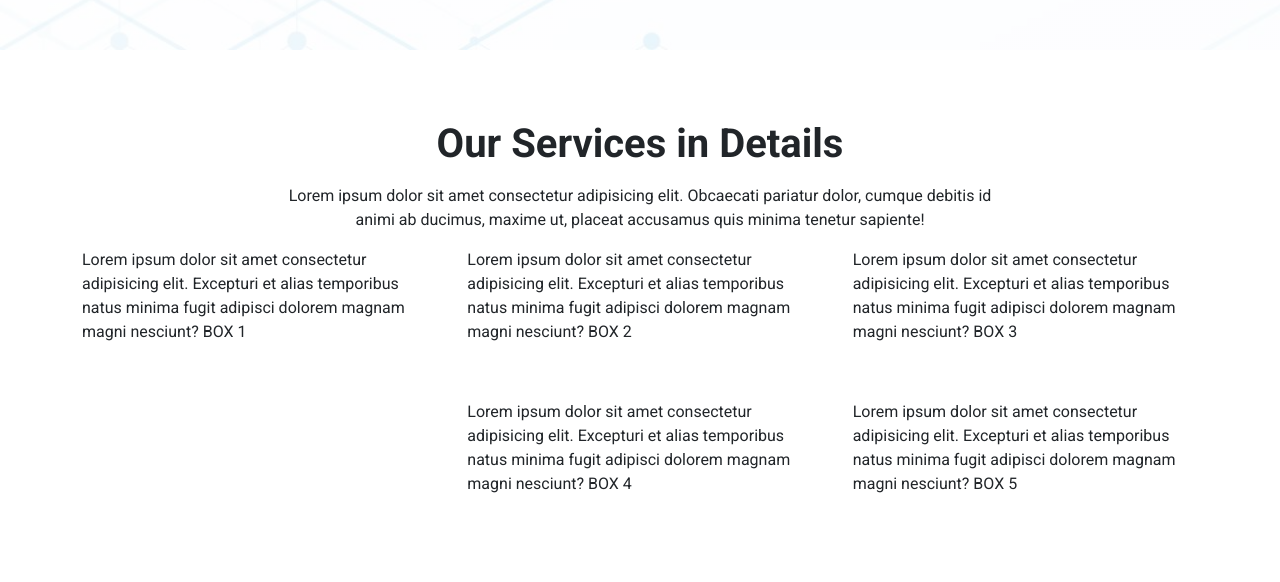
Repository: nazmulalok/landing-page-angelio
Page: index.html
These files come from the project's save history. The page is drawn as it stood at one moment and after the next save; the edit follows.
The browser window is 1280 px wide. The pictures show the part of the page from y = 2012 to 2774 px (the page is 2594 px tall before and 2774 px after).
A picture or video elsewhere on the page could not be fetched, so the positions and the page height are approximate.

Above is the page before, as saved 2022-09-18 13:05:56.

### index.html
<!DOCTYPE html>
<html lang="en">

    <head>
        <meta charset="UTF-8">
        <meta http-equiv="X-UA-Compatible" content="IE=edge">
        <meta name="viewport" content="width=device-width, initial-scale=1.0">
        <title>Landing Page</title>
        <link rel="preconnect" href="https://fonts.googleapis.com">
        <link rel="preconnect" href="https://fonts.gstatic.com" crossorigin>
        <link rel="stylesheet" href="https://cdnjs.cloudflare.com/ajax/libs/font-awesome/6.2.0/css/all.min.css"
            integrity="sha512-xh6O/CkQoPOWDdYTDqeRdPCVd1SpvCA9XXcUnZS2FmJNp1coAFzvtCN9BmamE+4aHK8yyUHUSCcJHgXloTyT2A=="
            crossorigin="anonymous" referrerpolicy="no-referrer" />
        <link
            href="https://fonts.googleapis.com/css2?family=Roboto:ital,wght@0,300;0,400;0,500;0,700;0,900;1,300;1,400;1,500;1,700;1,900&display=swap"
            rel="stylesheet">
        <link href="https://cdn.jsdelivr.net/npm/bootstrap@5.2.0/dist/css/bootstrap.min.css" rel="stylesheet"
            integrity="sha384-gH2yIJqKdNHPEq0n4Mqa/HGKIhSkIHeL5AyhkYV8i59U5AR6csBvApHHNl/vI1Bx" crossorigin="anonymous">
        <link rel="stylesheet" href="style.css">
    </head>

    <body>
        <header>
            <nav>
                <div class="container">
                    <div class="row align-items-center">
                        <div class="col-lg-3">
                            <div class="logo">
                                <a href="/"><img src="images/angelio-logo.png" alt="Angelio Logo" width="250"
                                        height="66"></a>
                            </div>
                        </div>
                        <div class="col-lg-9 d-flex justify-content-end">
                            <ul>
                                <li><a href="/">Home</a></li>
                                <li><a href="/services.html">Services</a></li>
                                <li><a href="/about-us.html">About Us</a></li>
                                <li><a href="/contact.html">Contact</a></li>
                                <li class="nav-cta"><a href="tel:000-000-0000">Call Us</a></li>
                            </ul>
                        </div>
                    </div>
                </div>
            </nav>
        </header>
        <section class="sec-padding banner-sec">
            <div class="container">
                <div class="row align-items-center">
                    <div class="col-lg-7 order-lg-last">
                        <img src="images/angelio-digital-marketing.png" alt="">
                    </div>
                    <div class="col-lg-5">
                        <div class="large-heading">We Work in <span class="color-text">Digital</span> Way</div>
                        <p>Lorem, ipsum dolor sit amet consectetur adipisicing elit. Necessitatibus fuga alias deleniti
                            veniam at aspernatur.</p>
                        <div class="d-flex align-items-center mt-5"><a href="/contact-us" class="main-btn me-5">Get
                                Estimate</a>
                            <a href="/contact-us" class="play-btn"><i class="fas fa-play me-3"></i>Request Demo</a>
                        </div>
                    </div>
                </div>
            </div>
        </section>
        <section class="sec-padding">
            <div class="container">
                <div class="row justify-content-center">
                    <div class="col-md-8">
                        <div class="text-center">
                            <h1>
                                Our Best Digital Marketing Service
                            </h1>
                            <p>Lorem ipsum, dolor sit amet consectetur adipisicing elit. Placeat sunt
                                libero
                                tempore? Sed obcaecati a voluptate voluptates nam. Expedita, incidunt?</p>
                        </div>
                    </div>
                </div>
                <div class="row align-items-center mt-5">
                    <div class="col-lg-3">
                        <div class="service-box">
                            <div class="service-icon">
                                <img src="images/content-marketing.png" alt="Content Marketing">
                            </div>
                            <div class="service-content">
                                <a href="#">Content Marketing</a>
                                <p>Lorem ipsum dolor sit amet consectetur adipisicing elit. Fugiat, earum!</p>
                            </div>
                        </div>
                    </div>
                    <div class="col-lg-3">
                        <div class="service-box">
                            <div class="service-icon">
                                <img src="images/social-marketing.png" alt="Social Marketing">
                            </div>
                            <div class="service-content">
                                <a href="#">Social Marketing</a>
                                <p>Lorem ipsum dolor sit amet consectetur adipisicing elit. Fugiat, earum!</p>
                            </div>
                        </div>
                    </div>
                    <div class="col-lg-3">
                        <div class="service-box">
                            <div class="service-icon">
                                <img src="images/email-marketing.png" alt="Email Marketing">
                            </div>
                            <div class="service-content">
                                <a href="#">Email Marketing</a>
                                <p>Lorem ipsum dolor sit amet consectetur adipisicing elit. Fugiat, earum!</p>
                            </div>
                        </div>
                    </div>
                    <div class="col-lg-3">
                        <div class="service-box">
                            <div class="service-icon">
                                <img src="images/web-marketing.png" alt="Web Marketing">
                            </div>
                            <div class="service-content">
                                <a href="#">Web Marketing</a>
                                <p>Lorem ipsum dolor sit amet consectetur adipisicing elit. Fugiat, earum!</p>
                            </div>
                        </div>
                    </div>
                </div>
            </div>
        </section>
        <section class="sec-padding why-choose-sec">
            <div class="container">
                <div class="row align-items-center">
                    <div class="col-lg-6">
                        <div class="image-holder">
                            <img src="images/why-choose.jpg" alt="Why Choose Angelio">
                        </div>
                    </div>
                    <div class="col-lg-6">
                        <span class="arrow-text">Why Choose Us</span>
                        <h2>Why Working With <span class="color-text">ANGELIO</span>?</h2>
                        <p class="grey-color">Lorem ipsum dolor sit amet consectetur adipisicing elit. Quisquam
                            perspiciatis cupiditate atque ad labore laudantium ab hic, quaerat voluptas repellendus
                            aliquam. Maxime et recusandae nostrum cum labore, sint obcaecati doloremque.</p>
                        <div class="content-box d-flex align-items-center p-2 mb-3">
                            <img src="images/quality-lead.png" alt="Quality Lead">
                            <div class="ms-4">
                                <div class="content-heading">Quality Lead Generation</div>
                                <p class="grey-color mb-0">Lorem ipsum dolor sit amet consectetur adipisicing elit. Vel,
                                    distinctio
                                    delectus.
                                    Dicta distinctio obcaecati voluptatum.</p>
                            </div>
                        </div>
                        <div class="content-box d-flex align-items-center p-2 mb-3">
                            <img src="images/custom-web-design.png" alt="Custom Web Design">
                            <div class="ms-4">
                                <div class="content-heading">Custom Web Design</div>
                                <p class="grey-color mb-0">Lorem ipsum dolor sit amet consectetur adipisicing elit. Vel,
                                    distinctio
                                    delectus.
                                    Dicta distinctio obcaecati voluptatum.</p>
                            </div>
                        </div>
                        <div class="content-box d-flex align-items-center p-2 mb-3">
                            <img src="images/affordable-project-price.png" alt="Affordable Project Price">
                            <div class="ms-4">
                                <div class="content-heading">Affordable Project Price</div>
                                <p class="grey-color mb-0">Lorem ipsum dolor sit amet consectetur adipisicing elit. Vel,
                                    distinctio
                                    delectus.
                                    Dicta distinctio obcaecati voluptatum.</p>
                            </div>
                        </div>
                    </div>
                </div>
            </div>
        </section>
        <section class="sec-padding">
            <div class="container">
                <div class="row justify-content-center">
                    <div class="col-md-8">
                        <div class="text-center">
                            <h2>Our Services in Details</h2>
                            <p>Lorem ipsum dolor sit amet consectetur adipisicing elit. Obcaecati pariatur dolor, cumque
                                debitis id animi ab ducimus, maxime ut, placeat accusamus quis minima tenetur sapiente!
                            </p>
                        </div>
                    </div>
                </div>
                <div class="service-details-grid">
                    <div class="service-details-box main-service-card">
                        <p>Lorem ipsum dolor sit amet consectetur adipisicing elit. Excepturi et alias temporibus natus
                            minima fugit adipisci dolorem magnam magni nesciunt? BOX 1</p>
                    </div>
                    <div class="service-details-box">
                        <p>Lorem ipsum dolor sit amet consectetur adipisicing elit. Excepturi et alias temporibus natus
                            minima fugit adipisci dolorem magnam magni nesciunt? BOX 2</p>
                    </div>
                    <div class="service-details-box">
                        <p>Lorem ipsum dolor sit amet consectetur adipisicing elit. Excepturi et alias temporibus natus
                            minima fugit adipisci dolorem magnam magni nesciunt? BOX 3</p>
                    </div>
                    <div class="service-details-box">
                        <p>Lorem ipsum dolor sit amet consectetur adipisicing elit. Excepturi et alias temporibus natus
                            minima fugit adipisci dolorem magnam magni nesciunt? BOX 4</p>
                    </div>
                    <div class="service-details-box">
                        <p>Lorem ipsum dolor sit amet consectetur adipisicing elit. Excepturi et alias temporibus natus
                            minima fugit adipisci dolorem magnam magni nesciunt? BOX 5</p>
                    </div>
                </div>
            </div>
        </section>


        <script src="https://cdn.jsdelivr.net/npm/bootstrap@5.2.0/dist/js/bootstrap.bundle.min.js"
            integrity="sha384-A3rJD856KowSb7dwlZdYEkO39Gagi7vIsF0jrRAoQmDKKtQBHUuLZ9AsSv4jD4Xa"
            crossorigin="anonymous"></script>
    </body>

</html>

### style.css
:root {
    --primary-color: #52a9a9;
    --secondary-color: #000000;
    --third-color: #575757d6;
    --main-font: 'Roboto', sans-serif;
}

body {
    font-family: var(--main-font);
}

nav {
    padding: 10px 0px;
    box-shadow: 0 1px 1px 1px #14477e2b;
}

nav ul {
    list-style-type: none;
    display: flex;
    justify-content: flex-end;
    margin: 0;
    padding: 0;
    align-items: center;
    gap: 20%;
    white-space: nowrap;
}

nav ul li a {
    color: #080808;
    text-decoration: none;
    display: block;
    position: relative;
    font-weight: 500;
    font-size: 17px;
}

nav ul li a:hover {
    color: #52a9a9;
}

li.nav-cta a {
    background: #008080ad;
    padding: 15px 40px;
    color: #fff;
    border-radius: 20px 5px;
    transition: all 0.3s ease;
}

li.nav-cta a:hover {
    background: #000;
    color: #fff;
    border-radius: 5px 20px;
    transition: all 0.3s ease;
}

li.nav-cta a:before {
    content: "";
    width: 0%;
    height: 0px;
    position: absolute;
    left: 0;
    bottom: 0;
    transition: none;
    transform: none;
    background: none;
    transform-origin: 0%;
}

li.nav-cta a:hover:before {
    transform: none;
    transform-origin: 0%;
}

nav ul li a:before {
    content: "";
    width: 100%;
    height: 2px;
    position: absolute;
    left: 0;
    bottom: 0;
    transition: 0.4s transform ease;
    transform: scale3d(0, 1, 1);
    background: #52a9a9;
    transform-origin: 100% 50%;
}

nav ul li a:hover::before {
    transform: scale3d(1, 1, 1);
    transform-origin: 0 50%;
}

.sec-padding {
    padding: 70px 0px;
}

.banner-sec {
    background-image: linear-gradient(rgb(82 169 169 / 5%), rgb(82 169 169 / 10%));
    background-size: cover;
    background-position: center;
}

.banner-sec img {
    width: 100%;
}

.large-heading {
    font-size: 80px;
    color: #000;
    font-weight: 600;
    letter-spacing: 0.8px;
    line-height: normal;
    margin-bottom: 25px;
}

.banner-sec p {
    font-size: 18px;
}

.color-text {
    color: var(--primary-color);
}

a.main-btn {
    color: #fff;
    background: #52a9a9;
    padding: 15px 40px;
    font-weight: 500;
    font-size: 18px;
    text-decoration: none;
    border-radius: 20px 5px;
    transition: all 0.3s ease;
}

a.main-btn:hover {
    background: #000;
    color: #fff;
    border-radius: 5px 20px;
    transition: all 0.3s ease;
}

a.play-btn {
    display: inline-flex;
    align-items: center;
    justify-content: center;
    color: #000;
    text-decoration: none;
    font-weight: 500;
    font-size: 18px;
}

.play-btn .fa-play {
    width: 40px;
    height: 40px;
    color: #fff;
    font-size: 20px;
    background: #000;
    display: inline-flex;
    align-items: center;
    justify-content: center;
    border-radius: 50%;
    transition: all 0.3s ease;
}

.play-btn:hover i {
    background: var(--primary-color);
}

/* Headings */

h1 {
    font-size: 44px;
}

h2 {
    font-size: 40px;
}

h3 {
    font-size: 36px;
}

h4 {
    font-size: 32px;
}

h5 {
    font-size: 28px;
}

h6 {
    font-size: 24px;
}

h1,
h2,
h3,
h4,
h5,
h6 {
    margin-bottom: 1rem;
    font-weight: 700;
}

/* Service Box */

.service-box {
    position: relative;
    background: rgb(197 214 214 / 20%);
    padding: 40px 30px;
    box-shadow: 0px -6px 10px white, 0px 4px 15px rgb(0 0 0 / 27%);
    border: 1px solid #00000030;
    border-radius: 5px;
}

.service-box:after {
    position: absolute;
    content: "";
    height: 20%;
    width: 20%;
    bottom: 5px;
    right: 5px;
    border-bottom-right-radius: 5px;
    border-bottom: 5px solid var(--primary-color);
    border-right: 5px solid var(--primary-color);
    transition: all 1s ease;
}

.service-box:hover:after {
    height: 30%;
    width: 30%;
    bottom: 5px;
    right: 5px;
    border-bottom-right-radius: 5px;
    border-bottom: 5px solid var(--primary-color);
    border-right: 5px solid var(--primary-color);
    transition: all 1s ease;
}

.service-box .service-icon {
    width: 80px;
    height: 80px;
    margin-bottom: 10px;
}

.service-box .service-icon img {
    width: 65px;
}

.service-box .service-content a {
    display: inline-block;
    color: #000;
    font-size: 20px;
    font-weight: 600;
    text-decoration: none;
    margin-bottom: 8px;
}

.service-box:hover .service-content a {
    color: var(--primary-color);
}

.service-box .service-content p {
    color: var(--third-color);
}

/* Why Choose Section */

.why-choose-sec {
    background-image: linear-gradient(to right, rgb(255 255 255 / 75%), rgb(255 255 255 / 75%)), url(/images/why-choose-bg.jpg);
    background-repeat: no-repeat;
    background-size: cover;
}

span.arrow-text {
    display: inline-block;
    font-size: 25px;
    color: var(--primary-color);
    font-weight: 600;
    margin-bottom: 5px;
    position: relative;
    padding-left: 50px;
}

span.arrow-text:before {
    content: "";
    background: url(images/right-arrow.png);
    width: 35px;
    height: 35px;
    background-size: cover;
    top: 2px;
    left: 0px;
    position: absolute;
}

.grey-color {
    color: var(--third-color);
}

.content-box {
    border: 1px solid var(--primary-color);
    border-radius: 5px;
    box-shadow: 0px -6px 10px white, 0px 4px 15px rgb(0 0 0 / 27%);
    background: #fff;
}

.content-box img {
    width: 80px;
    border: 1px solid var(--primary-color);
    padding: 5px;
    border-radius: 5px;
}

.content-box .content-heading {
    font-size: 22px;
    color: var(--primary-color);
    font-weight: 500;
    margin-bottom: 5px;
}

/* Image Holder */

.image-holder {
    transition: all 0.3s ease;
    text-align: center;
}

.image-holder img {
    border-radius: 5px;
    max-width: 100%;
}

/* Service Details Box */

.service-details-grid {
    display: grid;
    width: 100%;
    grid-auto-columns: 1fr;
    grid-gap: 40px;
    grid-template-columns: 1fr 1fr 1fr;
    grid-template-rows: auto auto;
    /* -webkit-transition: all 0.3s ease-in-out; */
    transition: all 0.3s ease-in-out;
}

.main-service-card {
    display: block;
    grid-row-end: 3;
    grid-row-start: 1;
}

After the next save:
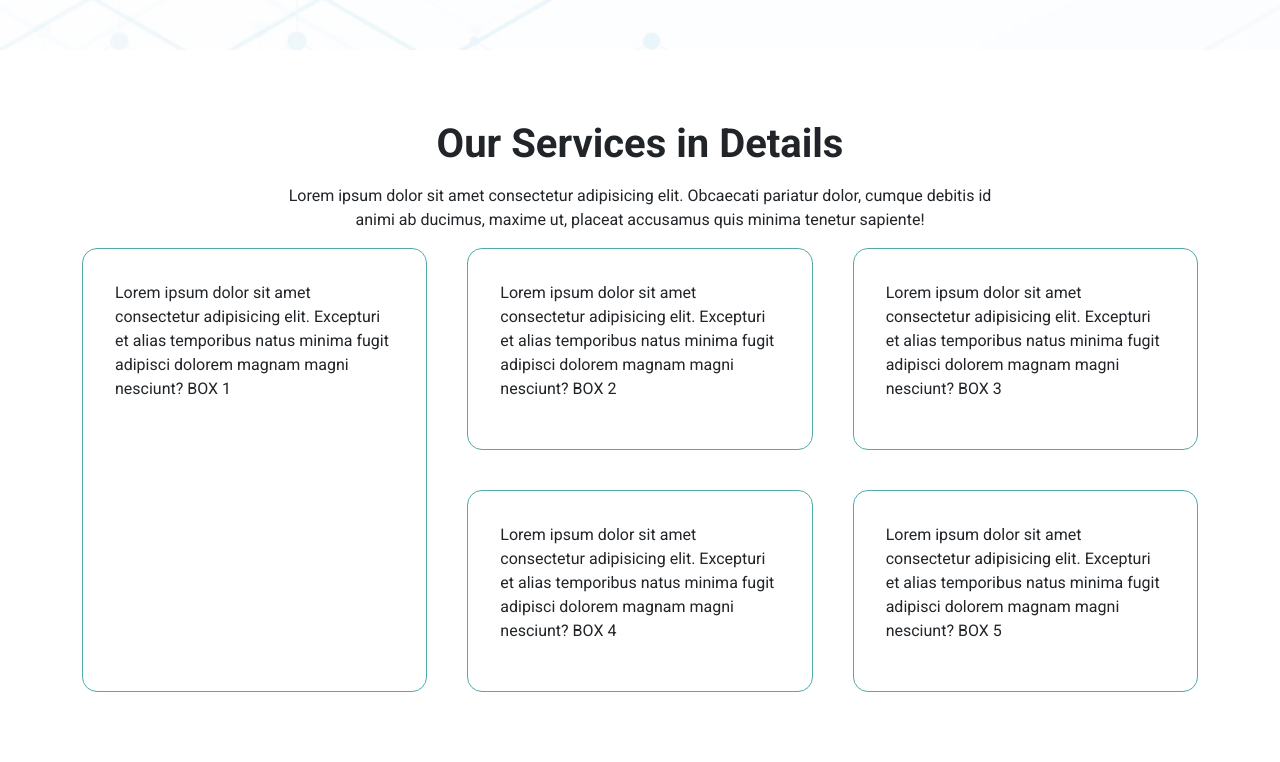
Saved 82 min 55 s later.
--- a/style.css
+++ b/style.css
@@ -342,8 +342,12 @@ span.arrow-text:before {
     transition: all 0.3s ease-in-out;
 }
 
+.service-details-box {
+    padding: 2rem;
+    border: 1px solid var(--primary-color);
+    border-radius: 15px;
+}
+
 .main-service-card {
-    display: block;
-    grid-row-end: 3;
-    grid-row-start: 1;
-}
+    grid-row-end: span 2;
+}
